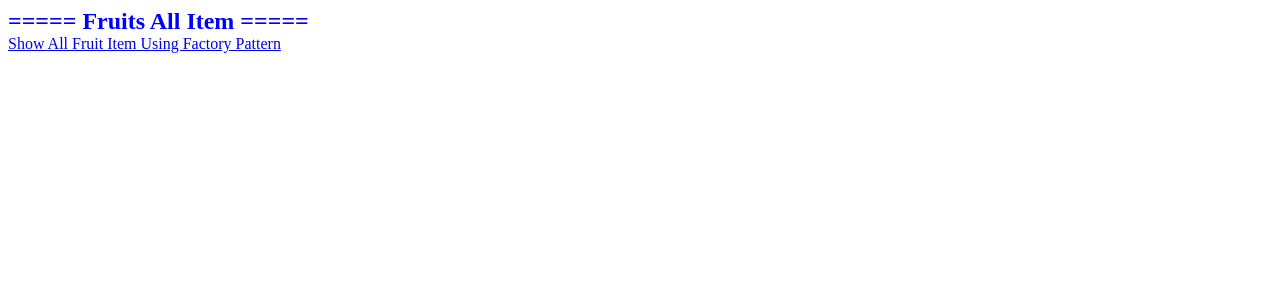
Repository: BaekDoHyeon/Kosta_04_FrontStudy
Page: http://localhost/workshop11/
The author's editor kept a copy of each file at every save. The page is drawn from the files as they stood at one save, then again after the next save.
The browser window is 1280 px wide. The pictures show the whole page.
The page is served by Tomcat 9. Other server files are loaded and not shown.

Above is the page before, as saved 2024-09-05 07:04:00.

### work05_BackEnd/workshop11/src/main/webapp/index.jsp
<%@ page language="java" contentType="text/html; charset=UTF-8"
    pageEncoding="UTF-8"%>
<!DOCTYPE html>
<html>
<head>
<meta charset="UTF-8">
<title>Insert title here</title>
<style type="text/css">
	body * {
		width: 100%;
		margin: 0 auto;
	}
</style>
</head>
<body>
<h2 style="color: blue;">===== Fruits All Item =====</h2>
<div><a href="allFruit.do">Show All Fruit Item Using Factory Pattern</a></div>
</body>
</html>

After the next save:
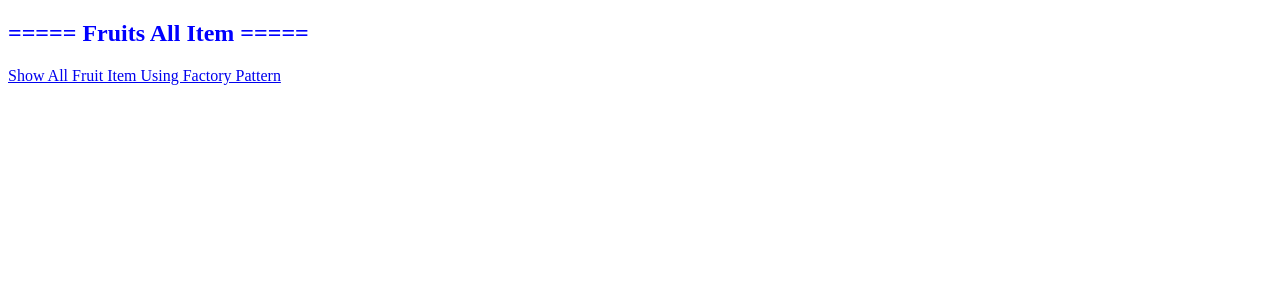
Saved 2 min 32 s later.
--- a/work05_BackEnd/workshop11/src/main/webapp/index.jsp
+++ b/work05_BackEnd/workshop11/src/main/webapp/index.jsp
@@ -6,10 +6,6 @@
 <meta charset="UTF-8">
 <title>Insert title here</title>
 <style type="text/css">
-	body * {
-		width: 100%;
-		margin: 0 auto;
-	}
 </style>
 </head>
 <body>
